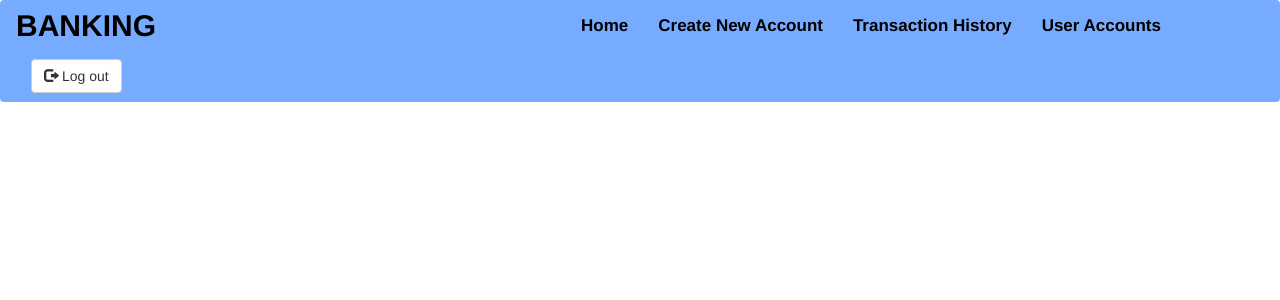
Repository: rukmini10/DXC
Page: http://localhost/Account/AdminHeader.jsp
These files come from the project's save history. The page is drawn as it stood at one moment and after the next save; the edit follows.
The browser window is 1280 px wide. The pictures show the whole page.
Some web libraries are served in a nearby version. The page is served by Tomcat 9. Other server files are loaded and not shown.

Above is the page before, as saved 2022-05-03 12:56:58.

### DXC_MAVEN/Account/src/main/webapp/AdminHeader.jsp
<%@ page language="java" contentType="text/html; charset=ISO-8859-1"
    pageEncoding="ISO-8859-1"%>
<!DOCTYPE html PUBLIC "-//W3C//DTD HTML 4.01 Transitional//EN" "http://www.w3.org/TR/html4/loose.dtd">
<html lang="en">
<head>
  <title>Admin Page</title>
  <meta charset="utf-8">
  <meta name="viewport" content="width=device-width, initial-scale=1">
  <link rel="stylesheet" href="https://maxcdn.bootstrapcdn.com/bootstrap/3.3.7/css/bootstrap.min.css">
  <script src="https://ajax.googleapis.com/ajax/libs/jquery/3.2.1/jquery.min.js"></script>
  <script src="https://maxcdn.bootstrapcdn.com/bootstrap/3.3.7/js/bootstrap.min.js"></script>
</head>
<body>

<nav class="navbar navbar-light" style="background-color: #77abff;"">
  <div class="container-fluid">
    <div class="navbar-header">
      <a class="navbar-brand" href="#" style="color:black;font-size:30px;font-weight:bold;">BANKING</a>
    </div>
    <ul style="padding-left:255px" class="nav navbar-nav">
      <li class="active"><a href="#" style="color:black;font-size:17px;font-weight:bold;padding-left:155px">Home</a></li>
      <li><a href="createAccount.obj" style="color:black;font-size:17px;font-weight:bold;"> Create New Account</a></li>
      <li><a href="viewStatement.obj" style="color:black;font-size:17px;font-weight:bold;">Transaction History</a></li>
	  <li><a href="#" style="color:black;font-size:17px;font-weight:bold;">User Accounts</a></li>

    </ul>

    <form class="navbar-form navbar-left ">

	  <a href="AdminLogin.jsp" action="AdminLogin.jsp" class="btn btn-default btn-md">
          <span class="glyphicon glyphicon-log-out"></span> Log out
      </a>

    </form>
  </div>
</nav>

After the next save:
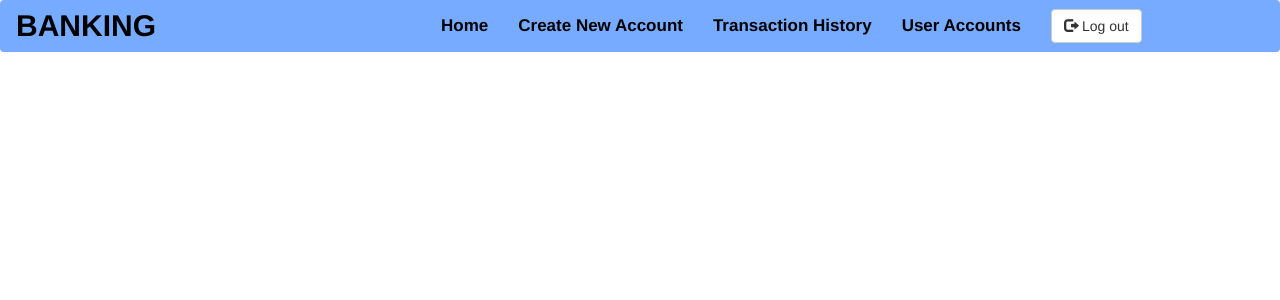
Saved 8 min 50 s later.
--- a/DXC_MAVEN/Account/src/main/webapp/AdminHeader.jsp
+++ b/DXC_MAVEN/Account/src/main/webapp/AdminHeader.jsp
@@ -18,7 +18,7 @@
       <a class="navbar-brand" href="#" style="color:black;font-size:30px;font-weight:bold;">BANKING</a>
     </div>
     <ul style="padding-left:255px" class="nav navbar-nav">
-      <li class="active"><a href="#" style="color:black;font-size:17px;font-weight:bold;padding-left:155px">Home</a></li>
+      <li class="active"><a href="#" style="color:black;font-size:17px;font-weight:bold">Home</a></li>
       <li><a href="createAccount.obj" style="color:black;font-size:17px;font-weight:bold;"> Create New Account</a></li>
       <li><a href="viewStatement.obj" style="color:black;font-size:17px;font-weight:bold;">Transaction History</a></li>
 	  <li><a href="#" style="color:black;font-size:17px;font-weight:bold;">User Accounts</a></li>
